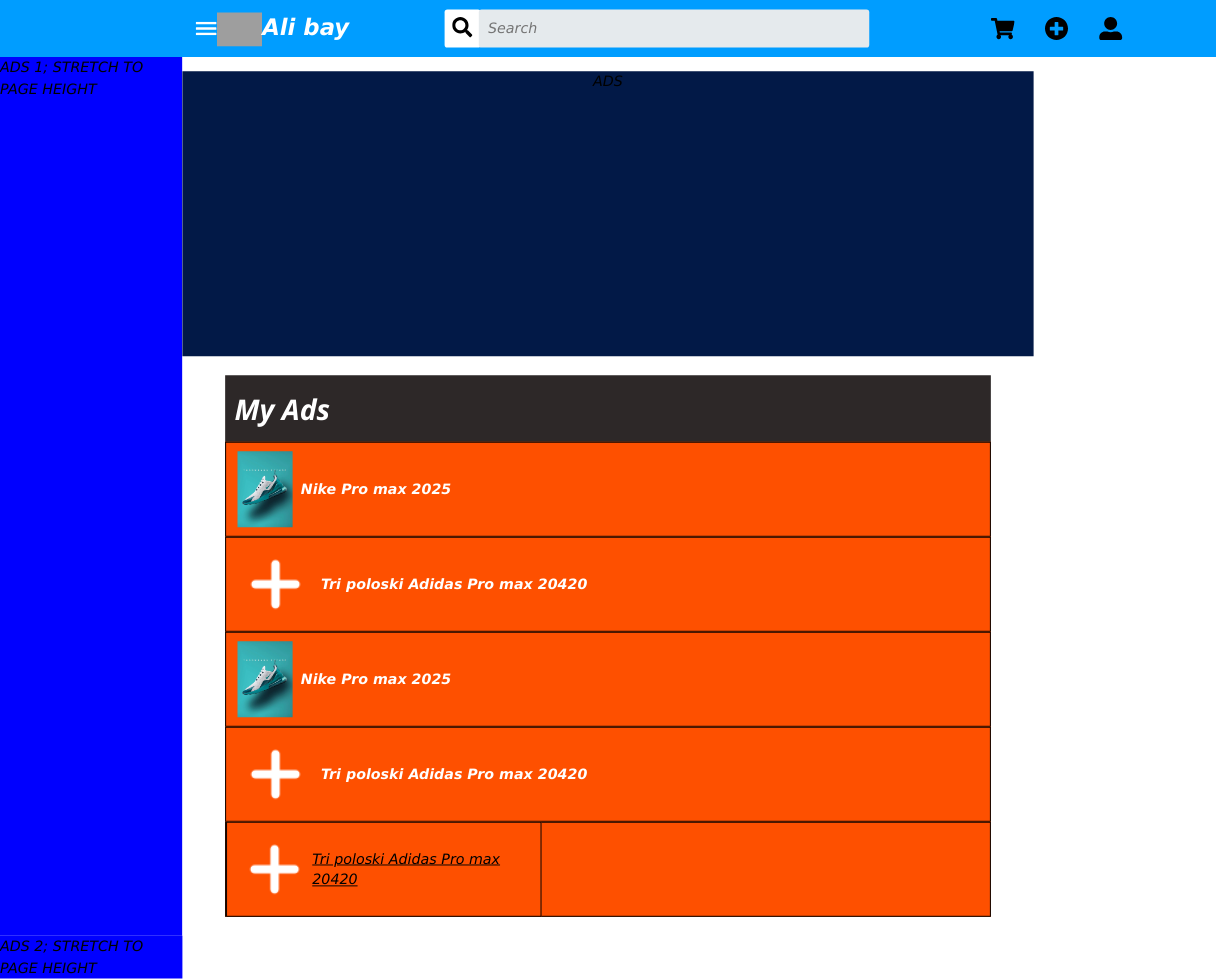
Repository: Aramys21/alibay-site
Page: public/ad_list.html
The author's editor kept a copy of each file at every save. The page is drawn from the files as they stood at one save, then again after the next save.
The browser window is 1280 px wide. The pictures show the whole page, at 95% of full size.
Pictures or frames that could not be fetched are drawn as grey boxes.

Above is the page before, as saved 2023-04-05 00:54:39.

### public/ad_list.html
<!DOCTYPE html>
<html>
  <head>
	<link rel="stylesheet" href="src/css/w3.css">
	<link rel="stylesheet" href="src/css/style.css">
	<link rel="stylesheet" href="src/css/style4.css">
    <title>Ads List Page</title>
  </head>
  <body>
	<div class="w3-sidebar w3-bar-block w3-card w3-animate-left side-bar" style="display:none" id="mySidebar">
		<!-- Side bar Menu -->
		<div class="sidebar-language">
			<button class="w3-bar-item w3-button w3-xlarge sidebar">ENG</button>
			<button class="w3-bar-item w3-button w3-xlarge sidebar">FR</button>
			<button class="w3-bar-item w3-button w3-xlarge sidebar">عربي</button>
		</div>
		<!-- contents of side bar -->
		<a class="w3-bar-item sidebar-title">Compte</a>
		<a href="login.html" class="w3-bar-item sidebar-link"><img class="search-icon" src="src/icons/account-white-icon.svg" style="height:12px;"> Login</a>
		<a href="register.html" class="w3-bar-item sidebar-link"><img class="search-icon" src="src/icons/account-add-icon.svg" style="height:12px;"> Register</a>
		<!-- separator -->
		<a class="w3-bar-item sidebar-title">Categories</a>
		<a href="#" class="w3-bar-item sidebar-link"><img class="search-icon" src="src/icons/perfume-icon.svg" style="height:18px;"> Cosmetique et beauté</a>
		<a href="#" class="w3-bar-item sidebar-link"><img class="search-icon" src="src/icons/watch-icon.svg" style="height:18px;"> Accessoire de mode</a>
		<a href="#" class="w3-bar-item sidebar-link"><img class="search-icon" src="src/icons/car-icon.svg" style="height:18px;"> Véhicules</a>
		<a href="#" class="w3-bar-item sidebar-link"><img class="search-icon" src="src/icons/battery-icon.svg" style="height:18px;"> piéces détachées</a>
		<a href="#" class="w3-bar-item sidebar-link"><img class="search-icon" src="src/icons/android-icon.svg" style="height:18px;"> Téléphones</a>
		<a href="#" class="w3-bar-item sidebar-link"><img class="search-icon" src="src/icons/headphones-icon.svg" style="height:18px;"> Accessoires de téléphones</a>
		<a href="#" class="w3-bar-item sidebar-link"><img class="search-icon" src="src/icons/appliance-icon.svg" style="height:18px;"> Electronique et electroménager</a>
		<a href="vetements.html" class="w3-bar-item sidebar-link"><img class="search-icon" src="src/icons/clothes-icon.svg" style="height:18px;"> Vétements</a>
	</div>

   <div id="navbar" class="navbar">
		<a href="#" id="openNav" class="w3-large navbar-first" onclick="menu_click()"><svg width="22" height="14" viewBox="0 0 22 14" fill="none" xmlns="http://www.w3.org/2000/svg">
			<path d="M0.785714 2.57143H21.2143C21.6482 2.57143 22 2.31561 22 2V0.571429C22 0.255821 21.6482 0 21.2143 0H0.785714C0.351754 0 0 0.255821 0 0.571429V2C0 2.31561 0.351754 2.57143 0.785714 2.57143ZM0.785714 8.28571H21.2143C21.6482 8.28571 22 8.02989 22 7.71429V6.28571C22 5.97011 21.6482 5.71429 21.2143 5.71429H0.785714C0.351754 5.71429 0 5.97011 0 6.28571V7.71429C0 8.02989 0.351754 8.28571 0.785714 8.28571ZM0.785714 14H21.2143C21.6482 14 22 13.7442 22 13.4286V12C22 11.6844 21.6482 11.4286 21.2143 11.4286H0.785714C0.351754 11.4286 0 11.6844 0 12V13.4286C0 13.7442 0.351754 14 0.785714 14Z" fill="white"/>
			</svg>
			</a>
		<div class="navbar__logo"><a href="home.html"><img src="src/images/logo-ab.png" style="width:8%;height:auto;"/>Ali bay</a></div>
		<div class="navbar__search">
		<a class="search-icon-link" href="#"><img class="search-icon" src="src/icons/search-icon.svg" style="width:22px;"></a>
		<input type="text" placeholder="Search" class="navbar__search__input"/>
		</div>
		<div class="navbar__links">


			<div class="dropdown">
				<a href="#" class="dropbtn"><img class="nav-icons" src="src/icons/cart-icon.svg"></a>
				<div id="dropdown-cart" class="dropdown-content">
					<p>My Cart</p>
					<a href="#"><img class="search-icon" src="src/icons/clothes-icon.svg"> Link 1</a>
					<a href="#"><img class="search-icon" src="src/icons/watch-icon.svg"> Link 2</a>
					<a href="#"><img class="search-icon" src="src/icons/appliance-icon.svg"> Link 3</a>
				</div>
			</div>

			<div class="dropdown">
				<a href="ad_list.html" class="dropbtn"><img class="nav-icons" src="src/icons/add-icon.svg"></a>
			</div>

			<div class="dropdown">
				<a href="#" class="dropbtn"><img class="nav-icons" src="src/icons/account-icon.svg"></a>
				<div id="dropdown-acc" class="dropdown-content">
					<p>My Account</p>
					<div class="dropdown-acc-info-container">
						<div class="dropdown-acc-icon"><img id="dropdown-account-icon" src="src/icons/account-icon.svg"></div>
						<a id="dropdown-acc-username">WexDex</a>
					</div>

					<a href="#">Disconnect</a>
				</div>
			</div>

      </div>
    </div>
	<script>
		function menu_click() {
		  if (document.getElementById("mySidebar").style.display === "none") {
			  document.getElementById("mySidebar").style.left = "0";
			  document.getElementById("mySidebar").style.width = "15%";
			  document.getElementById("mySidebar").style.display = "block";
		  }
		  else {
			  document.getElementById("mySidebar").style.display = "none";
		  }
		}
		function w3_close() {
			  document.getElementById("mySidebar").style.display = "none";
		}
	</script>

	<!-- Body Start -->
	<div id="container" style="display:flex;">
	<div class="left">ADS 1; STRETCH TO PAGE HEIGHT</div>
	<div class="main">
		<!-- ADS -->
		<div class="ad-box">
			<p>ADS</p>
		</div>
		<!-- main content -->

		<div class="list-container">
			<div class="list-label"><h2>My Ads</h2></div>
			<!-- Item list -->

			<!-- Single item start -->
			<div class="list-item">
				<a><img src="src/images/ades (1).png"></a>
				<a>Nike Pro max 2025</a>
			</div>
			<!-- single item end -->

			<!-- Single item start -->
			<div class="list-item">
				<a><img src="src/images/ades (2).png"></a>
				<a>Tri poloski Adidas Pro max 20420</a>
			</div>
			<!-- single item end -->

			<!-- Single item start -->
			<div class="list-item">
				<a><img src="src/images/ades (1).png"></a>
				<a>Nike Pro max 2025</a>
			</div>
			<!-- single item end -->

			<!-- Single item start -->
			<div class="list-item">
				<a><img src="src/images/ades (2).png"></a>
				<a>Tri poloski Adidas Pro max 20420</a>
			</div>
			<!-- single item end -->
			<!-- Single item start -->
			<a href="#" class="list-item">
				<div class="list-item">
				<img src="src/images/ades (2).png">
				Tri poloski Adidas Pro max 20420
			</div>
		</a>
			<!-- single item end -->


		</div>
		</div>


	</div>
		<div class="right">ADS 2; STRETCH TO PAGE HEIGHT</div>
	</div>

	<a href="#" class="back-to-top"></a>
	<script>
		const backToTopButton = document.querySelector('.back-to-top');

		window.addEventListener('scroll', () => {
		  if (window.scrollY > 200) {
			backToTopButton.classList.add('show');
		  } else {
			backToTopButton.classList.remove('show');
		  }
		});

		backToTopButton.addEventListener('click', () => {
		  window.scrollTo({ top: 0, behavior: 'smooth' });
		});

	</script>
  </body>
</html>

### public/src/css/style.css
html,
body {

  font-style: italic;
}

/* Style for the navbar */
  .navbar {
	display: flex;
	justify-content: space-between;
	align-items: center;
	background-color: #009dff;
	color: #fff;
	padding: 10px;
	height: 60px;
  }
  .navbar__logo a {
	font-size: 24px;
	font-weight: bold;
	display: inline;
	color: #fff;
	text-decoration: none;

  }
  .navbar__logo img {
	  width:20% !important;
  }
  .navbar-first {
	  margin-left: 15%;
  }
  .navbar__logo {
	  display: inline;
	  width: 30%;
  }
  .navbar__search {
	  display: flex;
	  width:70%;
  }

  .navbar__search__input {
	/* margin: 0 20px; */
	margin-left: -2px;
	height: 40px;
	border-radius: 3px;
	border: none;
	padding: 0 10px;
	z-index: 1;
  }

  input[type="text"].navbar__search__input {
	margin-right: 20%;
	width: 100% !important;
	background-color: #e5eaed;
  }
  .search-icon-link {
	padding-top: 7px;
	background-color: #ffffff;
	border-radius: 3px;
	border: none;
	padding-left: 8px;
	padding-right: 8px;
  }

  .navbar__links {
	display: flex;
	margin-right: 5%;
  }
  .navbar__links a {
	color: #000;
	text-decoration: none;
	margin-right: 30px;
	font-size: 20px;
	margin-right: 50px;
  }
  .navbar__links a:last-child {
	margin-right: 0;
  }


  .nav-icons {
	  fill: black;
	  color: black;
  }

.side-bar {
	transition: 0.5s;
	background-color: #009dff;
	color: #fff;
}

#navbar {
  transition: margin-left .5s;
  padding: 20px;
}

@media screen and (max-height: 450px) {
  .navbar {padding-top: 15px;}
  .navbar a {font-size: 18px;}
}

/* Drop down */

.dropdown {
  float: left;
  overflow: hidden;
}

.dropdown .dropbtn {
  font-size: 16px;
  border: none;
  outline: none;
  color: white;
  padding: 14px 16px;
  background-color: inherit;
  font-family: inherit;
  margin: 0;
}

.navbar a:hover, .dropdown:hover .dropbtn {

}

.dropdown-content {
  display: none;
  position: absolute;
  background-color: #f9f9f9;
  box-shadow: 0px 8px 16px 0px rgba(0,0,0,0.2);
  z-index: 1;
  right : 10px;
}
#dropdown-cart {
	min-width: 400px;
}
#dropdown-acc {
	min-width: 250px;
}

.dropdown-acc-info-container {
	display: flex;
	align-items: center;
	background-color: #2D2828;
}
.dropdown-acc-info-container a {
	color: white;
	font-size: 20px;

}

.dropdown-acc-icon {
  display: flex;
  justify-content: center;
  align-items: center;
  width: 70px;
  height: 70px !important;
  border-radius: 50%;
  background-color: #FE5000;
  margin-bottom: 5px;
  color: white;
  margin: 5px;
}

.dropdown-acc-icon img {
	fill: #fff;
	color: #fff;
}

.dropdown-content a:not([id="dropdown-acc-username"]),.dropdown-content p,.dropdown-content img {
  float: none;
  color: #fff;
  padding: 6px 10px;
  text-decoration: none;
  display: flex;
  text-align: left;
  margin-right: 0;
  background-color: #FE5000;
}
.dropdown-content img {
	background-color: transparent;
}
.dropdown-content a {
	display: flex;
}

.dropdown-content p {
	background-color: #2D2828;
	margin-bottom: 0;
	margin-top: 0;
	font-size: 20px;
	color: #fff;
}
#dropdown-acc p {
	background-color: #000;
}

.dropdown-content a:hover:not([id="dropdown-acc-username"]),.dropdown-content img:hover {
  background-color: #942B0A;
}
#dropdown-account-icon:hover {
	background-color: transparent;
}

.dropdown:hover .dropdown-content {
  display: block;
}

/* Sidebar */

.sidebar-language button {
	width: 34%;
	font-size: 20px;
}
.sidebar-language {
	display: flex;
	background-color: #0077ff;
	color: #fff;
}
a.sidebar-title, a.sidebar-link {
	text-decoration: none;
}
a.sidebar-link {
	margin-left: 5%;
}
a.sidebar-link:hover {
	background-color: #942B0A;
}


/* Body Structure */
.container {
  justify-content: center;
  align-items: center;
}
.left,
.right {
  display:flex;
  /* height: 100%; */
  width: 15%;
}
.left {
  background-color: blue;
}

.right {
  background-color: blue;
}

.main {
  height: 100%;
  background-color: white;
  width: 70%;
}


/* Content */
.ad-box {
	height:300px;
	background-color: #021947;
	text-align: center;
	align-items: middle;
	margin: auto;
	width:100%;

}

.ad-box img {
	color: #000;
	font-size: 40px;
	margin: auto;
  background-size: cover;
  width: 100%;
  height: 100%;

}
.right img{
  width: 100%;
  height: 100%;

}

/* Categories */

.category-links {
	display: flex;
	justify-content: space-between;
	align-items: center;
  justify-content: center;
	background-color: #2D2828;
	height: 250px;
  padding-top: 10px;
	/* padding-left: 5%;
	padding-right: 5%; */
	flex-wrap: wrap;
	width:auto;
	/* margin-left: 15%; */
	/* margin-right: auto; */
}

.category-link {
  display: flex;
  flex-direction: column;
  justify-content: center;
  align-items: center;
  text-align: center;
  width: 100px;
  height: 120px;
  text-decoration: none;
  font-weight: bold;
  font-size: 1.2em;
  margin-right: 10px;
}

.category-icon {
  display: flex;
  justify-content: center;
  align-items: center;
  width: 70px;
  height: 70px !important;
  border-radius: 50%;
  background-color: #009dff;
  margin-bottom: 5px;
  color: white;
}
.category-icon.active-category {
  background-color: #8CBE39;
}

.category-icon img {
	fill: #fff;
	color: #fff;
}
.icn{
color: #fff;
fill: #fff;
height: 75% ;
}
.category-text {
  display: flex;
  text-overflow: ellipsis;
  overflow: hidden;
  word-wrap: break-word;
  color: white;
  font-size: 1rem;
  height: 50px;
}
/* Filter Bar */
.filter-container {
	/* width: 80%; */
	margin: auto;
	margin-top: 20px;
	display: flex;
	justify-content: center;
}
.filter-bar {
	display: flex;
	width: 40%;
	margin-right: 10%;
}
.filter-bar input {
	width: 100%;
	background-color: #009dff;
	border: none;
	color: white;
	border-top-left-radius: 5px;
	border-bottom-left-radius: 5px;
}

.filter-search-icon-link {
	padding: 8px;
	background-color: #08024f;
	border-top-right-radius: 3px;
	border-bottom-right-radius: 3px;
	border: none;
  }
/* Filter Dropdown */
.filter-dropdown {
  position: relative;
  display: inline-block;
}

.filter-btn {
  background-color: #009dff;
  color: white;
  padding: 10px;
  border: none;
  cursor: pointer;
  border-radius: 15px;
  font-size: 18px;
}

.filter-content {
  display: none;
  position: absolute;
  background-color: #009dff;
  min-width: 200px;
  z-index: 1;
  padding: 10px;
  box-shadow: 0px 8px 16px 0px rgba(0,0,0,0.2);
  border: black solid 1px;
}
.filter-content select,.filter-content input {
	background-color: #2D2828;
	color: white;
}

.filter-content form {
  margin: 0;
}

.filter-content label {
  display: block;
  font-weight: bold;
  margin-bottom: 5px;
}

.filter-content select, .filter-content input {
  display: block;
  margin-bottom: 10px;
  width: 100%;
  padding: 5px;
  border: 1px solid #ccc;
  border-radius: 4px;
  box-sizing: border-box;
}

.filter-content button[type=submit] {
  background-color: #4CAF50;
  color: white;
  border: none;
  padding: 10px;
  cursor: pointer;
}

.filter-dropdown:hover .filter-content {
  display: block;
}


/* Products List */
.product-list {
	display: flex;
	flex-wrap: wrap;
	justify-content: space-between;
	padding-left: 10%;
	padding-right: 10%;
	padding-top: 5%;
	width:100%;
}

.product-card {
  width: calc((100% / 3) - 20px);
  margin-bottom: 20px;
  box-shadow: 0 0 5px rgba(0, 0, 0, 0.2);
  border-radius: 5px;
  overflow: hidden;
  background-color: #006afe;
}

.product-card-img {
  display: block;
  width: 100%;
  height: 350px;
}

.product-card h2 {
  font-size: 1.2em;
  margin: 10px;
}

.product-card p {
  font-size: 0.9em;
  margin: 10px;
  color: #555;
}

.product-icons {
	display: flex;
	align-items: center;
	width: 50%;
}

.product-card a.card-icon-links {
  margin-left: 20px;
  padding: 20px 0px;
  border: none;
  color: white;
  font-weight: bold;
  border-radius: 5px;
  cursor: pointer;
}

.card-icons img {
	width: 33%;
	height: 33%;
}

/* Back to Top button */
.back-to-top {
  display: none;
  position: fixed;
  bottom: 20px;
  right: 20px;
  width: 50px;
  height: 50px;
  background-color: #007bff;
  color: white;
  border-radius: 50%;
  text-align: center;
  line-height: 50px;
  font-size: 24px;
  cursor: pointer;
  z-index: 9999;
  transition: opacity 0.4s ease-in-out;
  text-decoration: none;
}

.back-to-top:before {
  content: "\2191";
  font-family: Arial, sans-serif;
  font-weight: bold;
}

.back-to-top:hover {
  opacity: 0.8;
}

.back-to-top.active {
  display: block;
}


.back-to-top.show {
  display: block;
  opacity: 1;
}

### public/src/css/style4.css
.list-container {
	width: 90%;
	background-color: #2D2828;
	margin: auto;
	margin-top: 20px;
	margin-bottom: 20px;
}

.list-label {
	min-height: 70px;
	max-height: 70px;
	display: flex;
    align-items: center;
}

.list-item {
	min-height: 100px;
	max-height: 100px;
	display: flex;
    align-items: center;
	background-color: #FE5000;

	border: black solid 1px;
}

.list-item img {
	height: 80px;
	margin-left: 3%;
}

.list-container h2 {
	color: white;
	font-weight: bold;
	margin-left: 10px;
}
a.link-list-item {
	background-color:green;
}
.list-item a {
	color: white;
	font-size: 30;
	font-weight: bold;
	margin-left: 10px;
}
link-item-list-full {
	width: 100%;
}

Loaded but not shown: public/src/css/w3.css (library)

After the next save:
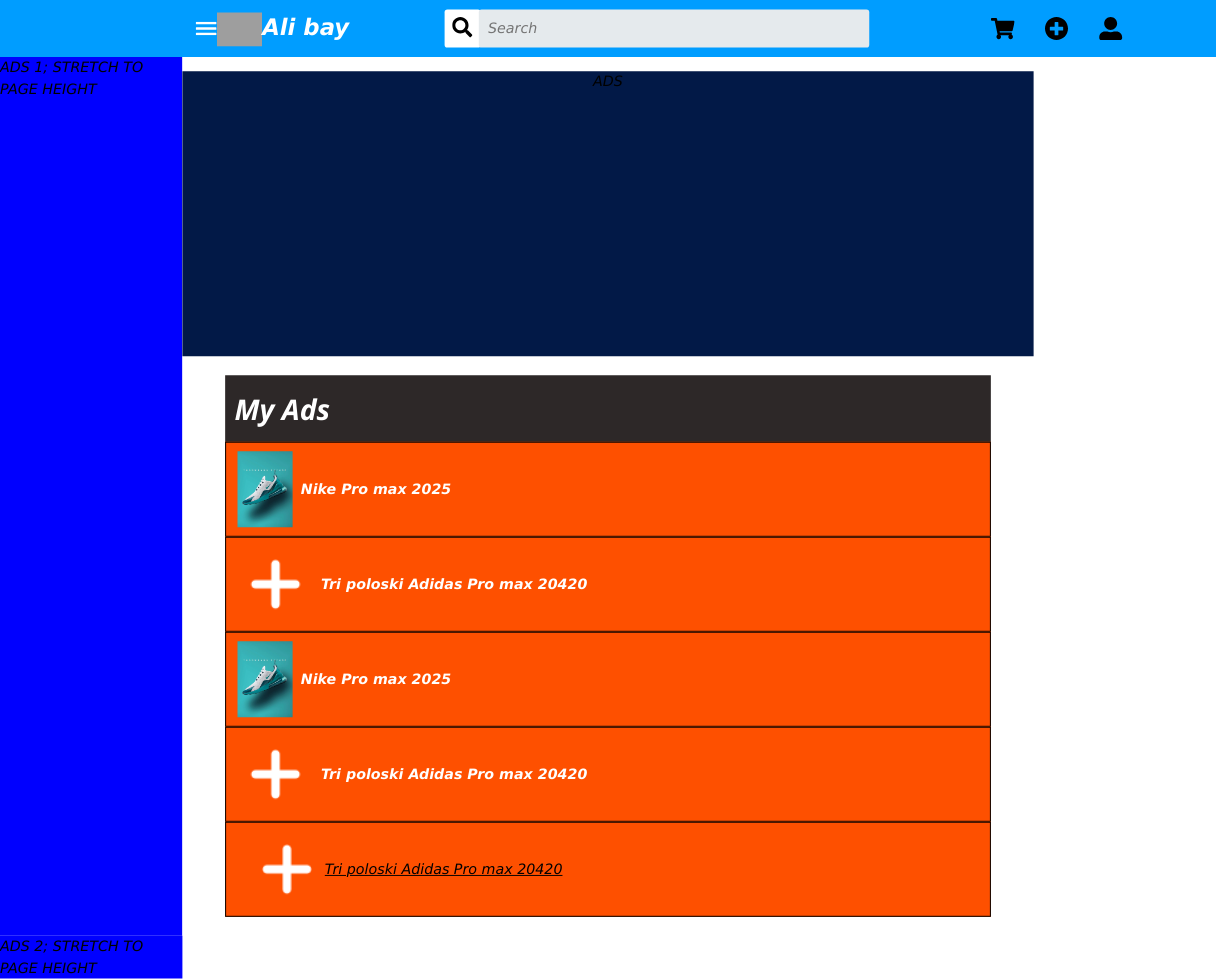
Saved 96 s later.
--- a/public/ad_list.html
+++ b/public/ad_list.html
@@ -130,7 +130,7 @@
 			</div>
 			<!-- single item end -->
 			<!-- Single item start -->
-			<a href="#" class="list-item">
+			<a href="#" class="list-item-a">
 				<div class="list-item">
 				<img src="src/images/ades (2).png">
 				Tri poloski Adidas Pro max 20420
